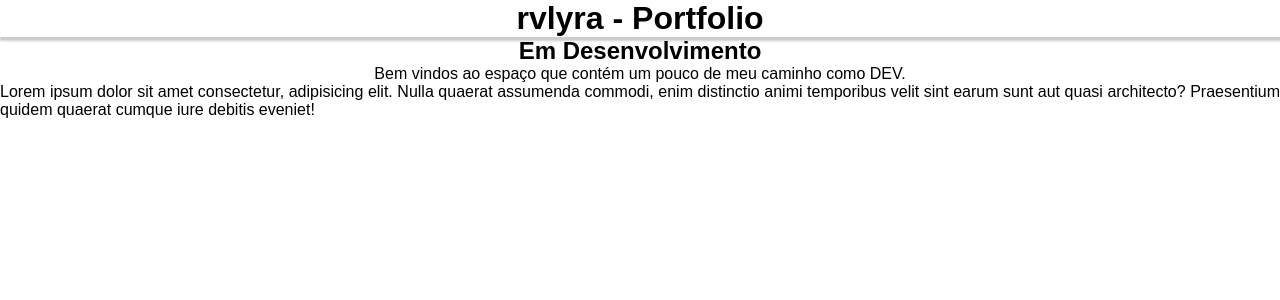
Repository: rvlyra/splash-screen-rvlyra
Page: Portfolio-RVLYRA/public/index.html
An editor plug-in stored every save of this project. The page is shown before and after the next save, followed by the edit.
The browser window is 1280 px wide. The pictures show the whole page.
Some web fonts or font styles are not loaded; a fallback is used.

Above is the page before, as saved 2022-07-06 09:24:55.

After the next save:
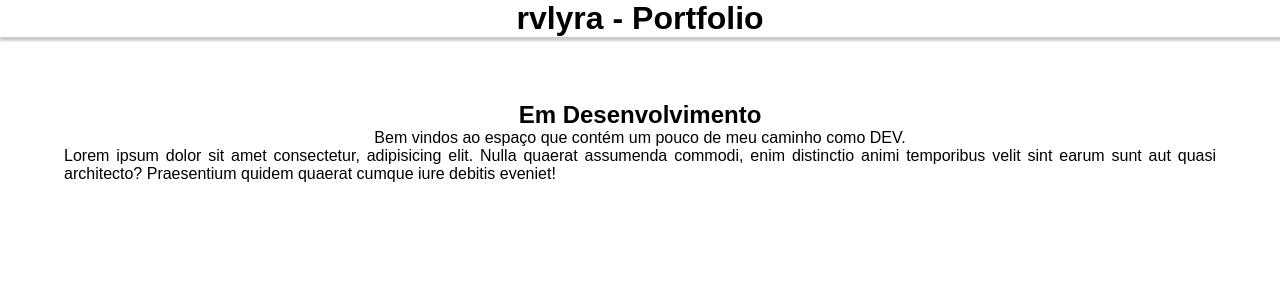
Saved 5 s later.
--- a/Portfolio-RVLYRA/assets/src/css/rl.main.css
+++ b/Portfolio-RVLYRA/assets/src/css/rl.main.css
@@ -23,5 +23,5 @@
 
     text-align: justify;
 
-    margin: 5;
+    margin: 5%;
 }
